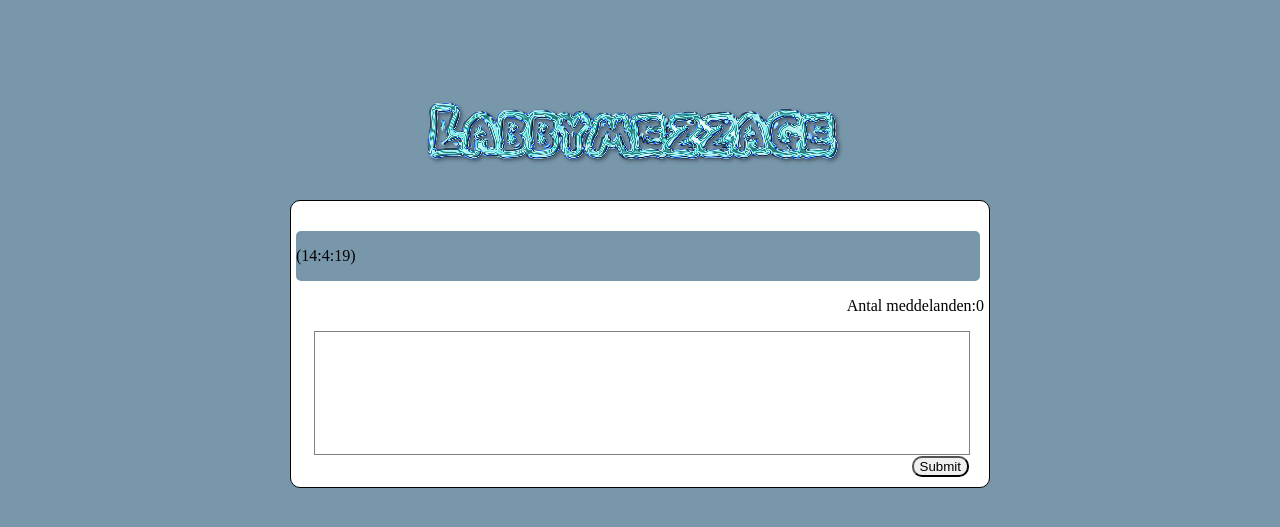
Repository: la222tc/la222tc-1dv403-Laborationer
Page: 2-labbymezzage/index.html
The author's editor kept a record of every edit. The page is drawn from the files as they stood at one moment, then again after the next edit.
The browser window is 1280 px wide. The pictures show the whole page.

Above is the page before.

After the next edit:
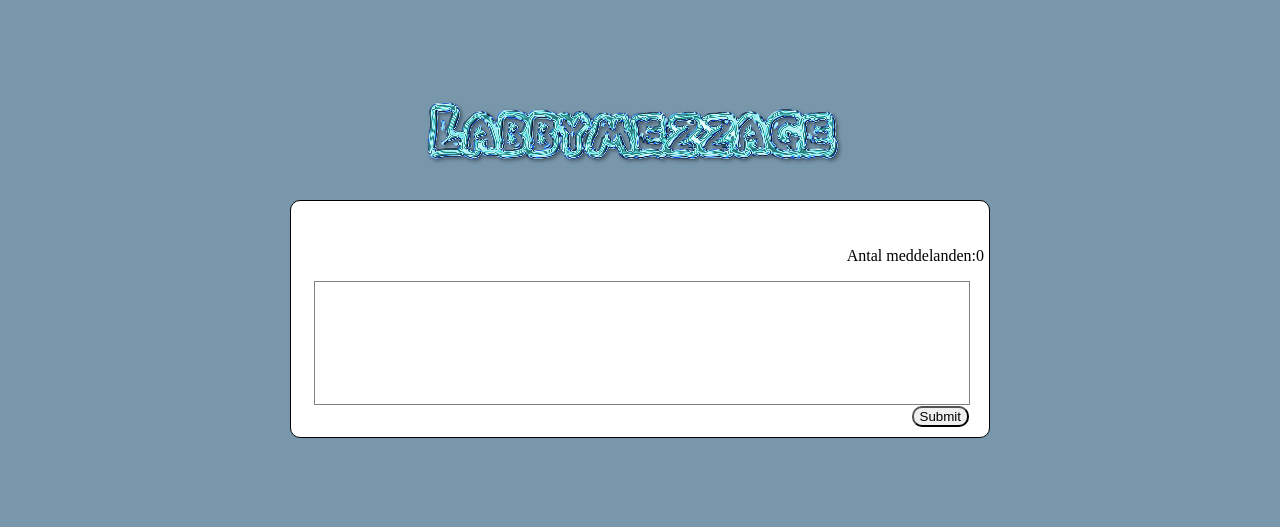
Console error: SyntaxError: Unexpected token ';'
The edit:
--- a/2-labbymezzage/js/MessageBoard.js
+++ b/2-labbymezzage/js/MessageBoard.js
@@ -9,9 +9,9 @@
     init: function(){
 
         var submit = document.getElementById("submit");
-        submit.addEventListener("click", createMessage(), displayMessages())
-    //    submit.onclick = function(){
-    //        createMessage();
+        //submit.addEventListener("click", createMessage(), displayMessages(), false)
+        submit.onclick = function(){
+            createMessage();
             //alert(MessageBoard.messages[0]);
       //      displayMessages();
 
